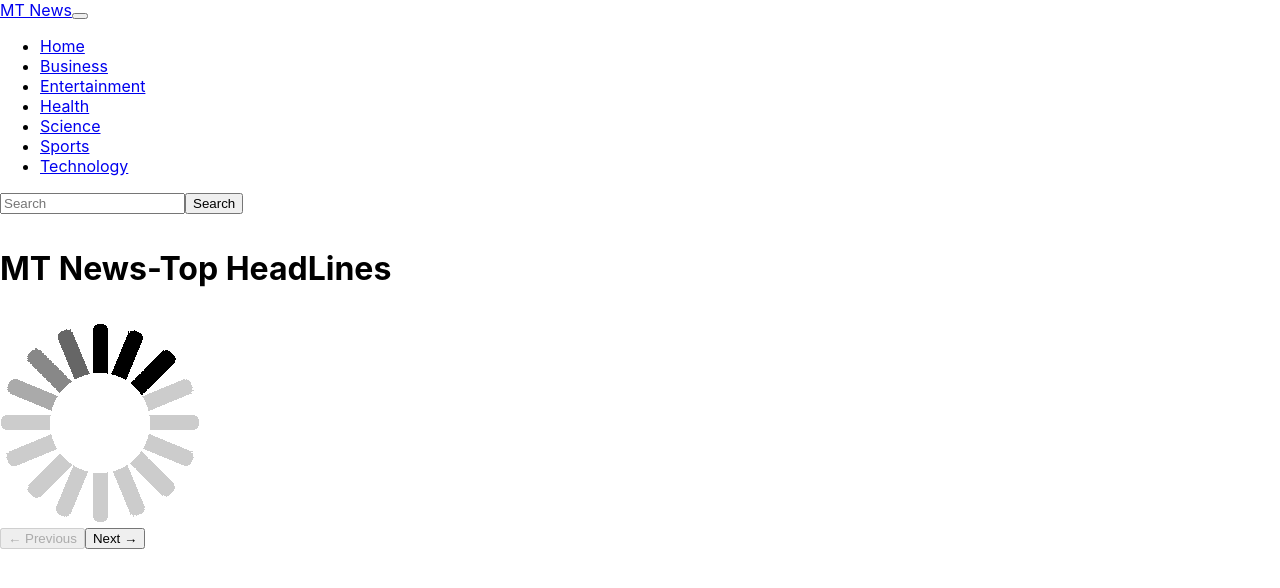
Repository: professorsourabh/news_website_using-ReactJS
Page: /
These files come from the project's save history. The page is drawn as it stood at one moment and after the next save; the edit follows.
The browser window is 1280 px wide. The pictures show the whole page.
The page's requests for data from a server got no answer. The project was rebuilt for these pictures with package versions that can differ from the ones it lists, and the page was loaded fresh each time. No one was signed in, and anything a server would have sent is missing. Also part of the build but not shown: src/App.css, src/Components/NewsaItem.js.

Above is the page before, as saved 2023-05-18 12:05:03.

### src/App.js
import './App.css';
import {
  BrowserRouter as Router,
  Route,
  Routes,

} from "react-router-dom";
import React, { Component } from 'react';
import NavBar from './Components/NavBar';
import News from './Components/News';
export default class App extends Component {

  render() {
    return (
      <Router>
      <div>
      <NavBar/>
      {/* <News country="in" category="general"/> */}
        <Routes>
      <Route exact strict  path='/' key="general" element={<News country="in" category="general" />}/>
      <Route exact strict path='/Business'key="Business" element={<News country="in" category="Business" />}/>
      <Route exact strict path='/Entertainment'key="Entertainment" element={<News country="in" category="Entertainment" />}/>
      {/* <Route e strict act path='/General'key= element={<News country="in" category="General" />}/> */}
      <Route exact strict path='/Health' key="Health" element={<News country="in" category="Health" />}/>
      <Route exact strict path='/Science' key="Science" element={<News country="in" category="Science" />}/>
      <Route exact strict path='/Sports'key="Sports" element={<News country="in" category="Sports" />}/>
      <Route exact strict path='/Technology'key="Technology" element={<News country="in" category="Technology" />}/>
        </Routes>
      </div>
      </Router>
    )
  }
}

### src/Components/NavBar.js
import React, { Component } from 'react';

import { Link } from "react-router-dom";
export class NavBar extends Component {
  render() {
    return (
      <div>
        <nav className="navbar navbar-expand-md bg-body-dark bg-dark text-center">
          <div className="container-fluid">
            <a className="navbar-brand text-light" href="/">MT News</a>
            <button className="navbar-toggler" type="button" data-bs-toggle="collapse" data-bs-target="#navbarSupportedContent" aria-controls="navbarSupportedContent" aria-expanded="false" aria-label="Toggle navigation">
              <span className="navbar-toggler-icon"></span>
            </button>

            <div className="collapse navbar-collapse" id="navbarSupportedContent">

              <ul className="navbar-nav me-auto mb-2 mb-lg-0">
                <li className="nav-item">
                  <Link className="nav-link text-light" aria-current="page" to="/">Home</Link>
                </li>

                <li className="nav-item">
                  <Link className="nav-link text-light" aria-current="page" to="/Business">Business</Link>
                </li>
                <li className="nav-item">
                  <Link className="nav-link text-light" aria-current="page" to="/Entertainment">Entertainment</Link>
                </li>
                {/* <li className="nav-item">
                  <Link className="nav-link text-light" aria-current="page" to="/General">General</Link>
                </li> */}
                <li className="nav-item">
                  <Link className="nav-link text-light" aria-current="page" to="/Health">Health</Link>
                </li>
                <li className="nav-item">
                  <Link className="nav-link text-light" aria-current="page" to="/Science">Science</Link>
                </li>
                <li className="nav-item">
                  <Link className="nav-link text-light" aria-current="page" to="/Sports">Sports</Link>
                </li>
                <li className="nav-item">
                  <Link className="nav-link text-light" aria-current="page" to="/Technology">Technology</Link>
                </li>

              </ul>

              <form className="d-flex" role="search">
                <input className="form-control me-2" type="search" placeholder="Search" aria-label="Search"/>
                <button className="btn btn-outline-success" type="submit">Search</button>
              </form>
            </div>
          </div>
        </nav>
      </div>
    );
  }
}

export default NavBar;

### src/Components/News.js
import React, { Component } from 'react'
import NewsaItem from './NewsaItem';
import Spinner from './Spinner';
import PropTypes  from 'prop-types';
export class News extends Component {
  static defaultProps = {
    country: 'in',
    category: "sports"
  }
  static propTypes ={
    country:PropTypes.string,
    category:PropTypes.string
  }

    constructor(){
        super();
        this.state={
          articles:[],
            loading: false,
            page:1
        }
    }

   async componentDidMount(){

      let url=`https://newsapi.org/v2/top-headlines?country=${this.props.country}&category=${this.props.category}&apiKey=6de024851937497c9017d3f0f0e104a4&page=1&pagesize=18`;
      this.setState({loading: true});
      let data=await fetch(url);
      let parsedData=await data.json();
      console.log(parsedData);
      this.setState({articles: parsedData.articles,totalResults:parsedData.totalResults,
        loading: false})
  }
  handlePreviousClick=async()=>{
    let url=`https://newsapi.org/v2/top-headlines?country=${this.props.country}&category=${this.props.category}&apiKey=6de024851937497c9017d3f0f0e104a4&page=${this.state.page - 1}&pagesize=18`;

    this.setState({loading: true});
      let data=await fetch(url);
      let parsedData=await data.json();
      console.log(parsedData);
      this.setState({
        page: this.state.page - 1,
        articles: parsedData.articles,
        loading: false
      })
  }
  handleNextClick=async()=>{
    if(!(this.state.page+1>Math.ceil(this.state.totalResults/18))){

    let url=`https://newsapi.org/v2/top-headlines?country=${this.props.country}&category=${this.props.category}&apiKey=6de024851937497c9017d3f0f0e104a4&page=${this.state.page + 1}&pagesize=18`;

    this.setState({loading: true});
      let data=await fetch(url);
      let parsedData=await data.json();
      console.log(parsedData);

      this.setState({
        page: this.state.page + 1,
        articles: parsedData.articles,
        loading: false
      })
    }
  }
  render() {
    return (
      <div className='container my-3'>
        <h1 className='text-center' style={{margin:'35px 0px'}}> MT News-Top HeadLines</h1>
       {this.state.loading && <Spinner/>}

        <div className="row">
        {!this.state.loading && this.state.articles.map((element)=>{

        return   <div className="col-md-4" key={element.url}>
         <NewsaItem title={element.title?element.title:""} discription={element.description?element.description.slice(0,88):""} imageUrl={element.urlToImage?element.urlToImage:"https://img.etimg.com/thumb/msid-100188906,width-1070,height-580,imgsize-113958,overlay-etmarkets/photo.jpg"} newsUrl={element.url}></NewsaItem>
         </div>
         })}
        </div>
        <div className="container d-flex justify-content-between">
          <button disabled={this.state.page<=1} type='button' className='btn btn-primary my-2 mx-2' onClick={this.handlePreviousClick} >&#8592; Previous</button>

  <button disabled={this.state.page+1>Math.ceil(this.state.totalResults/18)} type='button' className='btn btn-primary my-2 mx-2' onClick={this.handleNextClick}>Next &#8594;</button>
        </div>


      </div>
    )
  }
}

export default News

### src/Components/Spinner.js
import React, { Component } from 'react'
import loading from './loading.gif'
export class Spinner extends Component {
  render() {
    return (
      <div className='d-flex justify-content-center text-center align-items-center'>
        <img src={loading} alt="loading"/>
      </div>
    )
  }
}

export default Spinner

Loaded but not shown: src/index.js (common file); src/index.css (common file); src/reportWebVitals.js (common file)

After the next save:
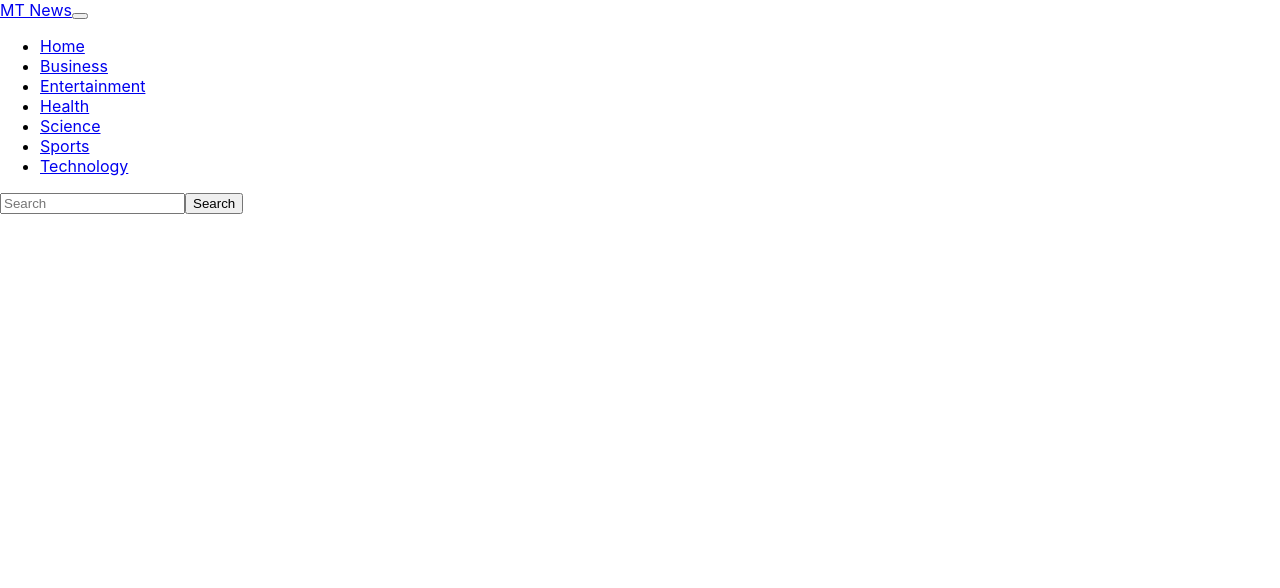
Saved 6 min 13 s later.
--- a/src/App.js
+++ b/src/App.js
@@ -17,14 +17,14 @@
       <NavBar/>
       {/* <News country="in" category="general"/> */}
         <Routes>
-      <Route exact strict  path='/' key="general" element={<News country="in" category="general" />}/>
-      <Route exact strict path='/Business'key="Business" element={<News country="in" category="Business" />}/>
-      <Route exact strict path='/Entertainment'key="Entertainment" element={<News country="in" category="Entertainment" />}/>
-      {/* <Route e strict act path='/General'key= element={<News country="in" category="General" />}/> */}
-      <Route exact strict path='/Health' key="Health" element={<News country="in" category="Health" />}/>
-      <Route exact strict path='/Science' key="Science" element={<News country="in" category="Science" />}/>
-      <Route exact strict path='/Sports'key="Sports" element={<News country="in" category="Sports" />}/>
-      <Route exact strict path='/Technology'key="Technology" element={<News country="in" category="Technology" />}/>
+        <Route exact path='/' component={() => (<News country="in" category="general" />)}/>
+      <Route exact path='/Business' component={() => (<News country="in" category="Business" />)}/>
+      <Route exact path='/Entertainment'component={() => (<News country="in" category="Entertainment" />)}/>
+      <Route exact path='/General'component={() => (<News country="in" category="General" />)}/>
+      <Route exact path='/Health'component={() => (<News country="in" category="Health" />)}/>
+      <Route exact path='/Science'component={() => (<News country="in" category="Science" />)}/>
+      <Route exact path='/Sports'component={() => (<News country="in" category="Sports" />)}/>
+      <Route exact path='/Technology'component={() => (<News country="in" category="Technology" />)}/>
         </Routes>
       </div>
       </Router>

After the 3 saves that followed:
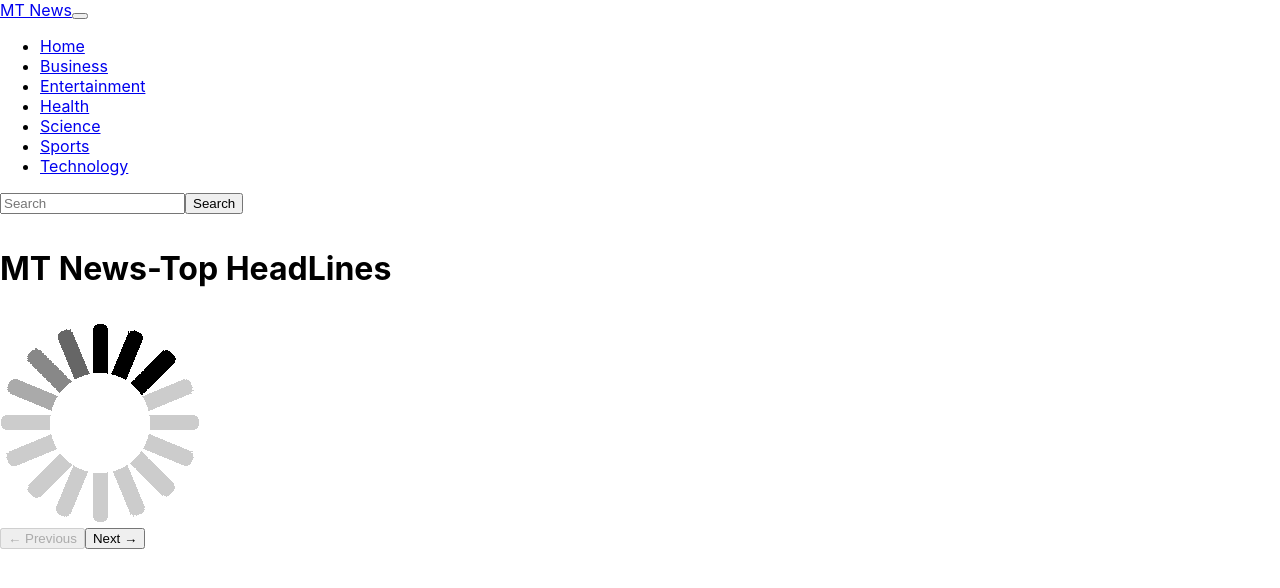
The 3 saves are shown as one change because 2 left the picture as it was.
The last was saved 5 min 7 s later.
--- a/src/App.js
+++ b/src/App.js
@@ -1,33 +1,68 @@
 import './App.css';
-import {
-  BrowserRouter as Router,
-  Route,
-  Routes,
-
-} from "react-router-dom";
+import { BrowserRouter as Router, Route, Routes } from 'react-router-dom';
 import React, { Component } from 'react';
 import NavBar from './Components/NavBar';
 import News from './Components/News';
+
 export default class App extends Component {
-
   render() {
     return (
       <Router>
-      <div>
-      <NavBar/>
-      {/* <News country="in" category="general"/> */}
-        <Routes>
-        <Route exact path='/' component={() => (<News country="in" category="general" />)}/>
-      <Route exact path='/Business' component={() => (<News country="in" category="Business" />)}/>
-      <Route exact path='/Entertainment'component={() => (<News country="in" category="Entertainment" />)}/>
-      <Route exact path='/General'component={() => (<News country="in" category="General" />)}/>
-      <Route exact path='/Health'component={() => (<News country="in" category="Health" />)}/>
-      <Route exact path='/Science'component={() => (<News country="in" category="Science" />)}/>
-      <Route exact path='/Sports'component={() => (<News country="in" category="Sports" />)}/>
-      <Route exact path='/Technology'component={() => (<News country="in" category="Technology" />)}/>
-        </Routes>
-      </div>
+        <div>
+          <NavBar />
+          {/* <News country="in" category="general"/> */}
+          <Routes>
+            <Route
+              exact
+              path="/"
+              key="general"
+              element={<News country="in" category="general" />}
+            />
+            <Route
+              exact
+              path="/Business"
+              key="Business"
+              element={<News country="in" category="Business" />}
+            />
+            <Route
+              exact
+              path="/Entertainment"
+              key="Entertainment"
+              element={<News country="in" category="Entertainment" />}
+            />
+            <Route
+              exact
+              path="/General"
+              key="General"
+              element={<News country="in" category="General" />}
+            />
+            <Route
+              exact
+              path="/Health"
+              key="Health"
+              element={<News country="in" category="Health" />}
+            />
+            <Route
+              exact
+              path="/Science"
+              key="Science"
+              element={<News country="in" category="Science" />}
+            />
+            <Route
+              exact
+              path="/Sports"
+              key="Sports"
+              element={<News country="in" category="Sports" />}
+            />
+            <Route
+              exact
+              path="/Technology"
+              key="Technology"
+              element={<News country="in" category="Technology" />}
+            />
+          </Routes>
+        </div>
       </Router>
-    )
+    );
   }
 }
